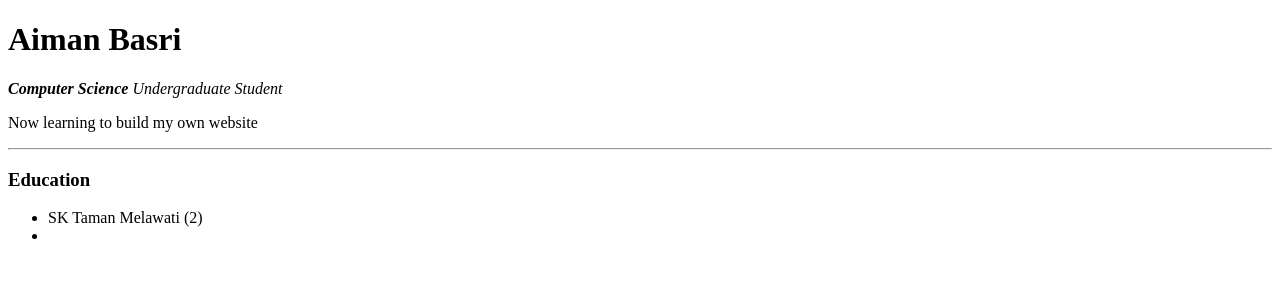
Repository: aimanbasri/Web-Development-Bootcamp
Page: HTML - Personal Site/index.html
These files come from the project's save history. The page is drawn as it stood at one moment and after the next save; the edit follows.
The browser window is 1280 px wide. The pictures show the whole page.

Above is the page before, as saved 2019-12-29 01:10:26.

### HTML - Personal Site/index.html
<!DOCTYPE html>
<html lang="en">
<head>
    <meta charset="UTF-8">
    <meta name="viewport" content="width=device-width, initial-scale=1.0">
    <meta http-equiv="X-UA-Compatible" content="ie=edge">
    <title>🗲Aiman's Personal Site</title>
</head>
<body>
    <h1> Aiman Basri </h1>
    <p><em><strong>Computer Science </strong> Undergraduate Student</em></p>
    <p> Now learning to build my own website</p>
    <hr>
    <h3> Education </h3>
    <ul>
        <li>SK Taman Melawati (2)</li>
        <li
    </ul>
</body>
</html>

After the next save:
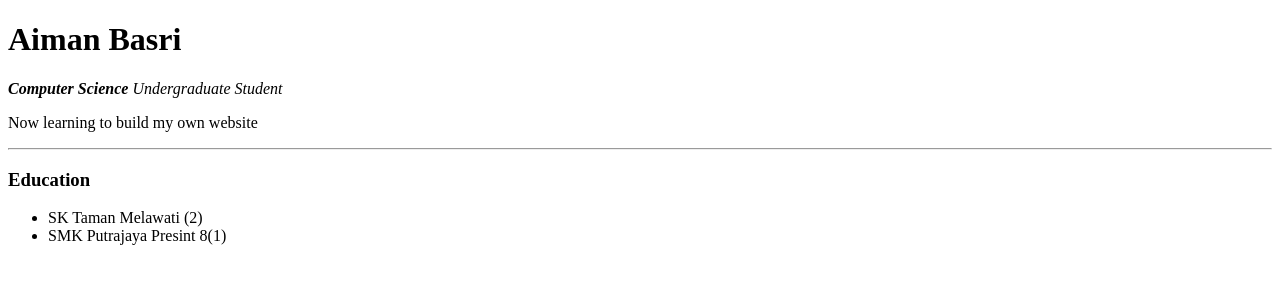
Saved 8 s later.
--- a/HTML - Personal Site/index.html
+++ b/HTML - Personal Site/index.html
@@ -14,7 +14,7 @@
     <h3> Education </h3>
     <ul>
         <li>SK Taman Melawati (2)</li>
-        <li
+        <li>SMK Putrajaya Presint 8(1)</li>
     </ul>
 </body>
 </html>
